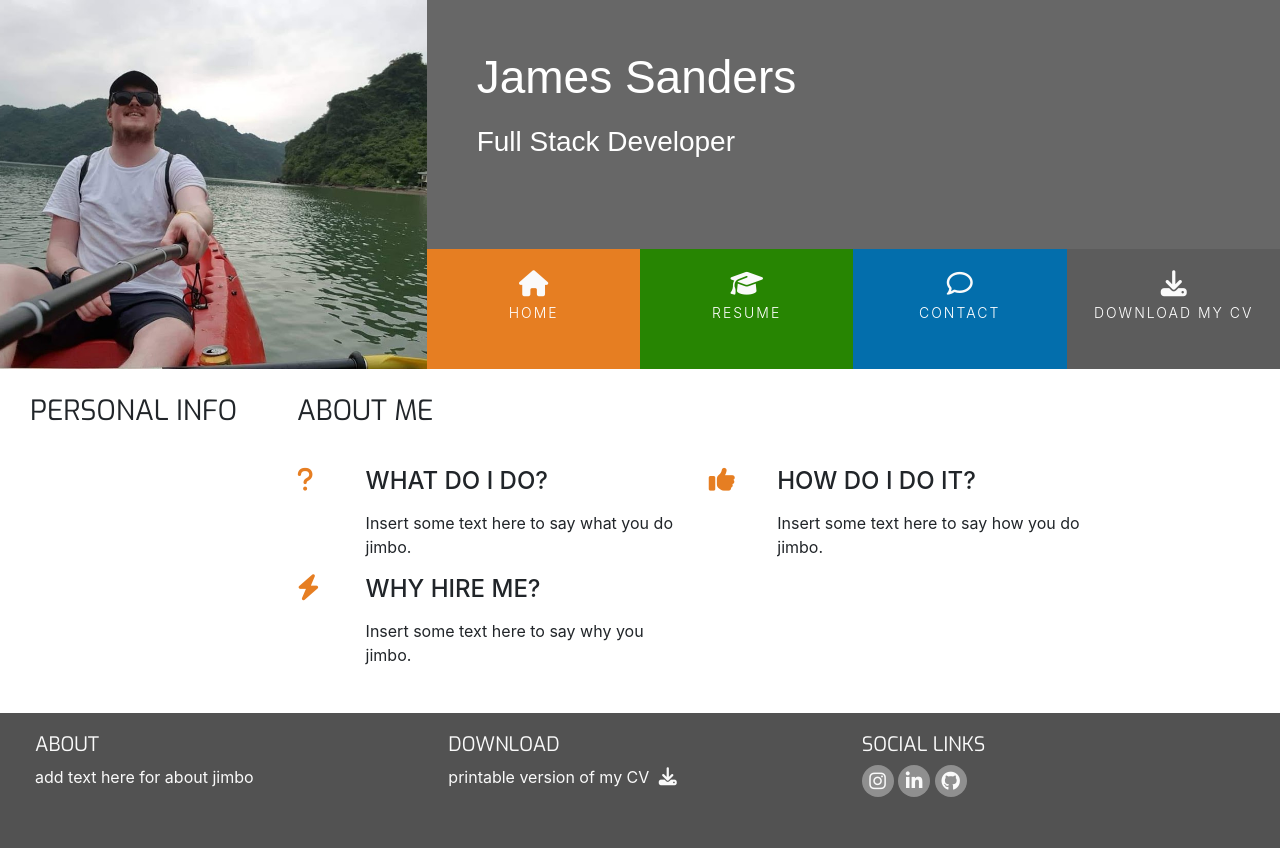
Repository: JaySanders95/my-online-resume
Page: index.html
An editor plug-in stored every save of this project. The page is shown before and after the next save, followed by the edit.
The browser window is 1280 px wide. The pictures show the whole page.
Some web fonts or font styles are not loaded; a fallback is used. Some web libraries are served in a nearby version.

Above is the page before, as saved 2023-04-19 21:09:42.

### index.html
<!DOCTYPE html>
<html lang="en">
<head>
    <meta charset="UTF-8">
    <meta http-equiv="X-UA-Compatible" content="IE=edge">
    <meta name="viewport" content="width=device-width, initial-scale=1.0">
    <link rel="stylesheet" href="https://cdn.jsdelivr.net/npm/@fortawesome/fontawesome-free@6.2.1/css/fontawesome.min.css" integrity="sha384-QYIZto+st3yW+o8+5OHfT6S482Zsvz2WfOzpFSXMF9zqeLcFV0/wlZpMtyFcZALm" crossorigin="anonymous">
    <link rel="stylesheet" href="https://cdn.jsdelivr.net/npm/bootstrap@4.6.2/dist/css/bootstrap.min.css" integrity="sha384-xOolHFLEh07PJGoPkLv1IbcEPTNtaed2xpHsD9ESMhqIYd0nLMwNLD69Npy4HI+N" crossorigin="anonymous">
    <link rel="stylesheet" href="assets/css/style.css">
    <link rel="stylesheet" href="https://cdnjs.cloudflare.com/ajax/libs/hover.css/2.3.1/css/hover-min.css" integrity="sha512-csw0Ma4oXCAgd/d4nTcpoEoz4nYvvnk21a8VA2h2dzhPAvjbUIK6V3si7/g/HehwdunqqW18RwCJKpD7rL67Xg==" crossorigin="anonymous" referrerpolicy="no-referrer" />
    <title>James Sanders' Resume</title>
</head>
<body>
    <header>
        <div class="row no-gutters">
            <a href="index.html" class="col-md-4 logo">

            </a>
            <div class="col-md-8">
                <div class="row bg-color-name-title no-gutters">
                    <div class="col heading">
                        <h1 class="name">James Sanders</h1>
                        <h2 class="title">Full Stack Developer</h2>

                    </div>
                </div>
                <div class="row no-gutters">
                    <div class="col">
                        <ul id="nav" class="list-inline menucontainer">
                            <li class="col-6 col-sm-3 ui-menu-color-home list-inline-item menuitem">
                                <a href="#" class="hvr-bounce-to-bottom"><i class="fa fa-home" aria-hidden="true"></i><span>Home</span></a>
                            </li>
                            <li class="col-6 col-sm-3 ui-menu-color-resume list-inline-item menuitem">
                                <a href="#" class="hvr-bounce-to-bottom"><i class="fa fa-graduation-cap" aria-hidden="true"></i><span>Resume</span></a>
                            </li>
                            <li class="col-6 col-sm-3 ui-menu-color-contact list-inline-item menuitem">
                                <a href="#" class="hvr-bounce-to-bottom"><i class="fa fa-comment-o" aria-hidden="true"></i><span>Contact</span></a>
                            </li>
                            <li class="col-6 col-sm-3 ui-menu-color-download list-inline-item menuitem">
                                <a href="#" class="hvr-bounce-to-bottom"><i class="fa fa-download" aria-hidden="true"></i><span>Download my CV</span></a>
                            </li>
                        </ul>
                    </div>
                </div>
            </div>
        </div>
    </header>
    <section class="container-fluid">
        <div class="row">
            <div class="col-md4 bg-color-personal-info section-column">
                <div class="row">
                    <div class="col-12">
                        <h3 class="section-heading uppercase">
                            Personal Info
                        </h3>
                    </div>
                </div>
            </div>
            <div class="col-md-8 bg-color-three-reasons section-column">
                <div class="row">
                    <div class="col">
                        <h3 class="section-heading uppercase">About Me</h3>
                    </div>
                </div>
                <div class="row">
                    <div class="col-10 offset-1 offset-sm-0 col-sm-4 col-md-6">
                        <div class="row">
                            <div class="col-2">
                                <i class="three-reasons-icon fa fa-question" aria-hidden="true"></i>
                            </div>
                            <div class="col-10">
                                <h4 class="three-reasons-heading uppercase">What do i do?</h4>
                                <p>
                                    Insert some text here to say what you do jimbo.
                                </p>
                            </div>
                        </div>
                    </div>
                    <div class="col-10 offset-1 offset-sm-0 col-sm-4 col-md-6">
                        <div class="row">
                            <div class="col-2">
                                <i class="three-reasons-icon fa fa-thumbs-up" aria-hidden="true"></i>
                            </div>
                            <div class="col-10">
                                <h4 class="three-reasons-heading uppercase">How do I do it?</h4>
                                <p>
                                    Insert some text here to say how you do jimbo.
                                </p>
                            </div>
                        </div>
                    </div>
                    <div class="col-10 offset-1 offset-sm-0 col-sm-4 col-md-6">
                        <div class="row">
                            <div class="col-2">
                                <i class="three-reasons-icon fa fa-bolt" aria-hidden="true"></i>
                            </div>
                            <div class="col-10">
                                <h4 class="three-reasons-heading uppercase">Why hire me?</h4>
                                <p>
                                    Insert some text here to say why you jimbo.
                                </p>
                            </div>
                        </div>
                    </div>
                </div>
            </div>
        </div>

    </section>
    <footer class="container-fluid">
        <div id="footer-details" class="row">
            <div class="col-sm-4">
                <h5 class="uppercase general-sub">About</h5>
                <p class="inline-block"> add text here for about jimbo</p>
            </div>
            <div class="col-sm-4">
                <h5 class="uppercase general-sub">Download</h5>
                <p class="inline-block"> printable version of my CV</p>
                <a href="#" target="_blank" class="cv-pdf">
                    <i class="fa fa-download" aria-hidden="true"></i>
                    <span class="sr-only">Download link.</span>
                </a>
            </div>
            <div class="col-sm-4">
                <h5 class="uppercase general-sub">Social links</h5>
                <ul class="list-inline social-links">
                    <li class="list-inline-item">
                        <a target="_blank" href="#">
                            <i class="fa fa-instagram"></i>
                            <span class="sr-only">Instagram</span>
                        </a>
                    </li>
                    <li class="list-inline-item">
                        <a target="_blank" href="#">
                            <i class="fa fa-linkedin"></i>
                            <span class="sr-only">LinkedIn</span>
                        </a>
                    </li>
                    <li class="list-inline-item">
                        <a target="_blank" href="#">
                            <i class="fa-brands fa-github"></i>
                            <span class="sr-only">GitHub</span>

                        </a>
                    </li>
                </ul>
            </div>
        </div>

    </footer>
    <script src="https://kit.fontawesome.com/c80cd6a143.js" crossorigin="anonymous"></script>
</body>
</html>

### assets/css/style.css
@import url('https://fonts.googleapis.com/css2?family=Anuphan:100,200,300,400,500,600,700wght@300&family=Exo:100,200,300,400,500,600,700ital,wght@1,300&display=swap');


/* ------- Colours ---------*/

.bg-color-name-title {
    background-color:#676767;
}

.bg-color-three-reasons {
    background-color: #fff;

}

.ui-menu-color-home {
    background-color: #e67e22;
}

.ui-menu-color-resume {
    background-color: #278502;
}

.ui-menu-color-contact {
    background-color: #036eac;
}

.ui-menu-color-download {
    background-color: #5c5c5c;
}

/* ------- Special paddings/margins/text ---------*/

h1,h2,h3,h4 {
    margin: 0;
}

.uppercase {
    text-transform: uppercase;
}

.general-sub {
    font-family: 'Exo', sans-serif;
    font-weight: 300;
    color: #fafafa;
}

.inline-block {
    display: inline-block;
}

.row-table {
    display: table;

}
.section-column {
    display: table-cell;
    padding: 0 30px 30px;
    float: none;
}

.section-heading {
    font-family: 'Exo', sans-serif;
    font-weight: 300;
    margin-top: 25px;
    margin-bottom: 40px;
}

/* ------- Headers ---------*/
header {
    margin: 0;
}

.heading {
    margin-left: 50px;
}

.logo {
    background: url(../images/me.png);
    background-position: center;
    background-repeat: no-repeat;
    background-size: cover;
    min-height: 360px;
    transition: all .5s ease-in-out;
    -moz-transition: all .5s ease-in-out;
    -webkit-transition: all .5s ease-in-out;
}

.name {
    font-family: 'Anuphan', sans-serif;
    font-weight: 100;
    font-size: 46px;
    margin-top: 50px;
    color: #fff;
}

.title {
    font-family: 'Anuphan', sans-serif;
    font-weight: 200;
    font-size: 28px;
    margin-top: 20px;
    margin-bottom: 90px;
    color: #fff;
}

.list-inline-item:not(:last-child) {
    margin: 0;
}

.menucontainer {
    font-size: 0;
}

#nav li {
    font-size: 14px;
    padding: 0;
}

#nav {
    margin: 0;
}

.menuitem {
    height: 120px;
    text-align: center;
    padding: 0;

}

.menuitem a {
    width: 100%;
    text-decoration: none;
    color: #fff;
    height: 120px;
}

.menuitem a i {
    display: block;
    padding-top: 22px;
    color: #fafafa;
    font-size: 26px;
}

.menuitem span {
    display: block;
    width: 100%;
    padding-top: 5px;
    text-align: center;
    text-transform: uppercase;
    font-size: 14px;
    font-weight: 300;
    letter-spacing: 2px;
}

/* ------- Hover.css ---------*/

.hvr-bounce-to-bottom:before {
    background: rgba(0, 0, 0, 0.3) !important;
    height: 120px;

}

/* ------- Footer ---------*/

footer {
    background-color: #525252;
    color: #fafafa;
    min-height: 120px;
}

.cv-pdf i {
    font-size: 18px;
    color: #fafafa;
    text-align: center;
    padding-left: 5px;
    transition: all 0.35s ease-in-out;
    -moz-transition: all 0.35s ease-in-out;
    -webkit-transition: all 0.35s ease-in-out;
    -o-transition: all 0.35s ease-in-out;
}

.cv-pdf i:hover {
    color: #e84610;
}

.social-links {
    padding-bottom: 15px;
}

.social-links li a i {
    width: 32px;
    height: 32px;
    padding: 7px 0;
    border-radius: 50%;
    font-size: 19px;
    text-align: center;
    color: #fafafa;
    background: #8f8f8f;
    transition: all 0.35s ease-in-out;
    -moz-transition: all 0.35s ease-in-out;
    -webkit-transition: all 0.35s ease-in-out;
    -o-transition: all 0.35s ease-in-out;
}

.social-links li a i:hover {
    background-color: #e84610;
}

#footer-details {
    padding: 20px;
}

/* ------- 3 Reasons ---------*/

.three-reasons-icon {
    font-size: 26px;
    color: #e67e22;
}

.three-reasons-heading {
    margin-bottom: 15px;
}

After the next save:
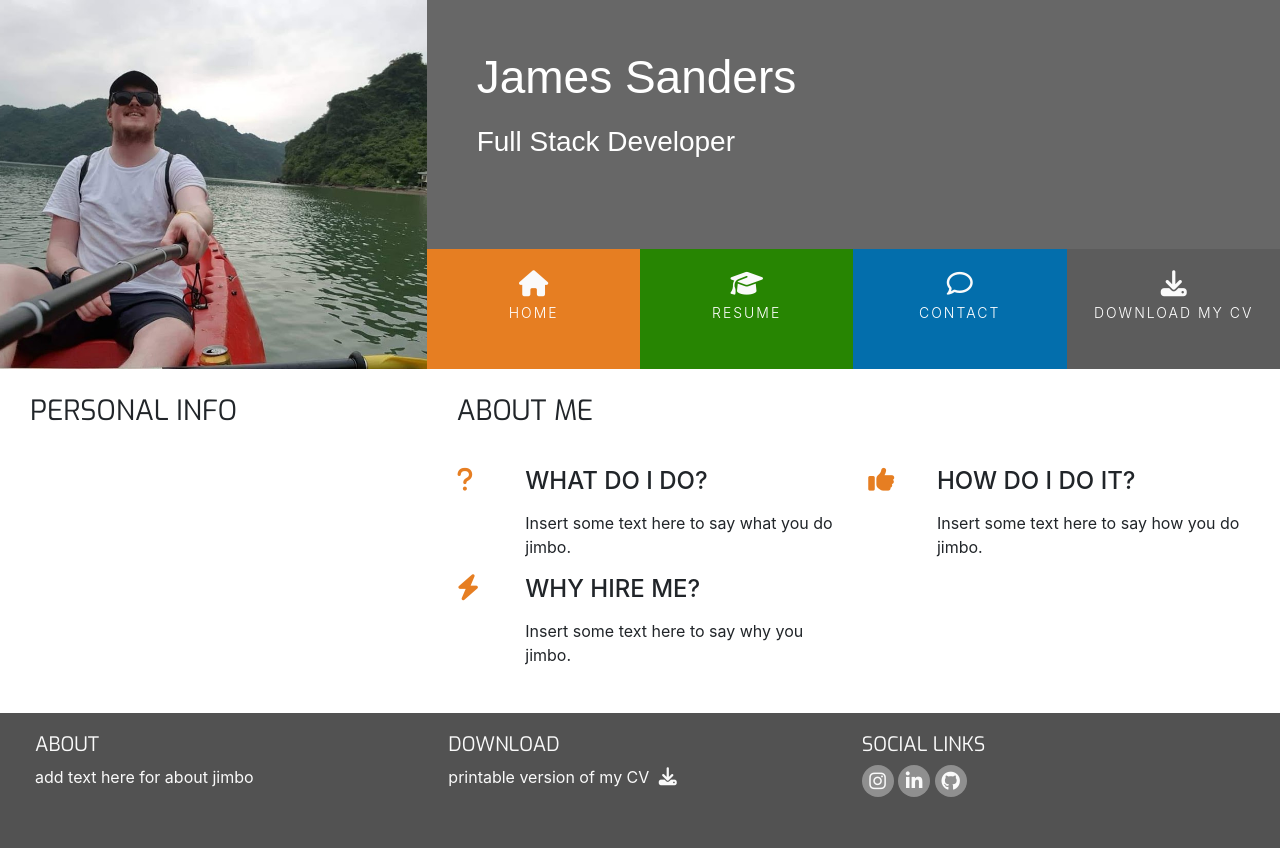
Saved 64 s later.
--- a/index.html
+++ b/index.html
@@ -47,7 +47,7 @@
     </header>
     <section class="container-fluid">
         <div class="row">
-            <div class="col-md4 bg-color-personal-info section-column">
+            <div class="col-md-4 bg-color-personal-info section-column">
                 <div class="row">
                     <div class="col-12">
                         <h3 class="section-heading uppercase">
